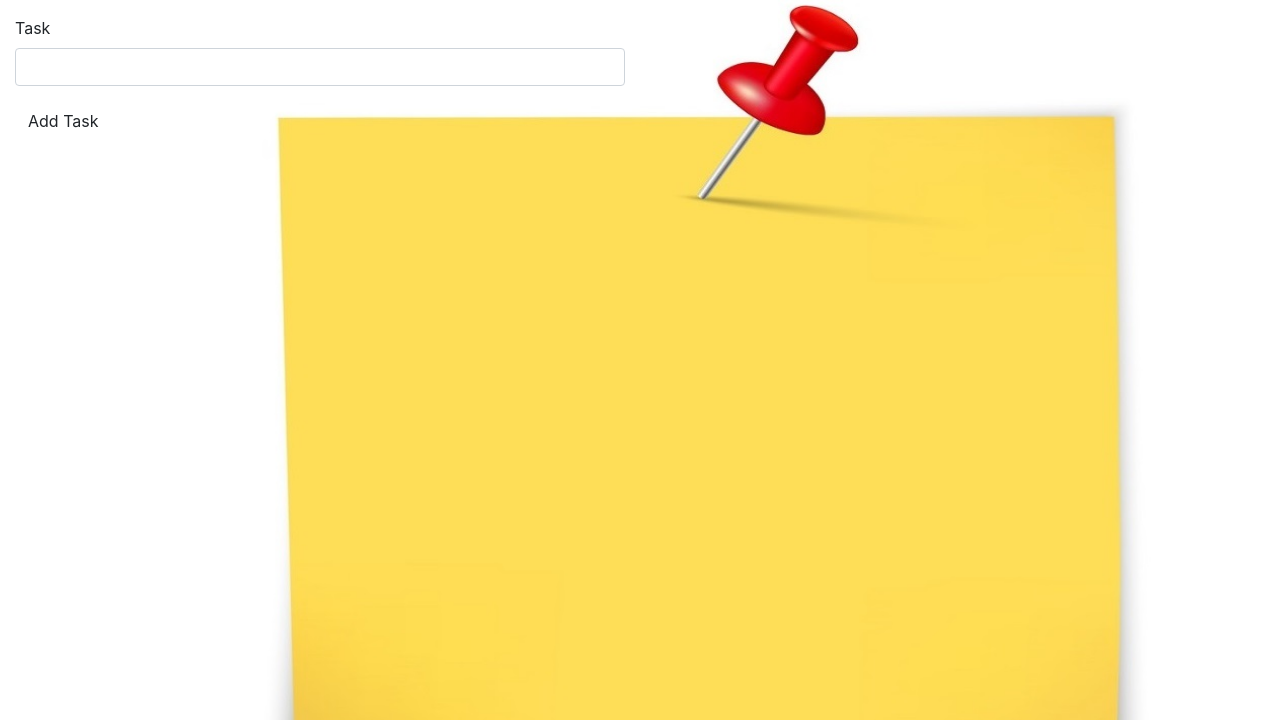
Repository: walaaElbasha/Todo-list-laravel
Page: http://localhost/tasks
An editor plug-in stored every save of this project. The page is shown before and after the next save, followed by the edit.
The browser window is 1280 px wide. The pictures show the whole page.
The page is served by the project's Laravel application, run on PHP 8.4 with Laravel 8. Other server files are loaded and not shown. Style sheets and scripts are compiled from the project's sources, by tool versions that may differ from the author's. Queries for data that is not in the repository find no rows.

Above is the page before, as saved 2021-07-01 03:20:48.

### routes/web.php
<?php

use Illuminate\Support\Facades\Route;
use App\Http\Controllers\TaskController;
/*
|--------------------------------------------------------------------------
| Web Routes
|--------------------------------------------------------------------------
|
| Here is where you can register web routes for your application. These
| routes are loaded by the RouteServiceProvider within a group which
| contains the "web" middleware group. Now create something great!
|
*/

Route::get('/', function () {
    return view('welcome');
});

Route::get('/tasks', [TaskController::class, 'index'])->name('tasks.index');
Route::post('/tasks', [TaskController::class, 'store'])->name('tasks.store');
Route::get('/tasks/{task}/edit', [TaskController::class, 'edit'])->name('tasks.edit');
Route::put('/tasks/{task}', [TaskController::class, 'update'])->name('tasks.update');
Route::delete('/tasks/{task}', [TaskController::class, 'destroy'])->name('tasks.destroy');

### app/Http/Controllers/TaskController.php
<?php

namespace App\Http\Controllers;
use Illuminate\Http\Request;
use App\Http\Requests\TaskRequest;
use App\Models\Task;


class TaskController extends Controller

{

    public function index()
    {
        $allTasks = Task::all();

        return view('tasks.index', [
            'allTasks' => $allTasks
        ]);
    }

    public function edit($taskId)
    {
        $task = Task::find($taskId);
        return view('tasks.edit', [
            'task' => $task,
        ]);
    }
    public function update($taskId, TaskRequest $request)
    {


        // $requestData = $request->all();

        // $task = Task::find($taskId);
        // $task->update($requestData);
        // $task->save();

        $requestData = $request->all();
        $task = Task::find($taskId);
        $task->update($requestData);
        $task->save();
        return redirect()->route('tasks.index')->with('success', "TODO updated successfully!");
    }

    public function destroy($taskId)
    {

        $task = Task::findorfail($taskId);

        $task->delete();
        return redirect()->route('tasks.index');
    }



    public function store(TaskRequest $request)
    {

        // $requestData = $request->all();
        // Task::create($requestData);

        $task = new Task;
        $task->name = $request->name;
        $task->save();
        return redirect()->route('tasks.index');
    }

}

### resources/views/tasks/index.blade.php
@extends('layouts.app')

@section('content')

<!-- Bootstrap Boilerplate... -->

<div class="panel-body">
    <!-- Display Validation Errors -->

    @foreach($allTasks as $task)
    <tr>
        <th scope="row">{{ $task->name}}</th>

        <td>

            <a href="{{ route('tasks.edit',['task' => $task['id']]) }}" class="btn btn-secondary" style="margin-bottom: 20px;">Edit</a>

            <form style="display:inline" method="POST" action="{{route('tasks.destroy',['task' => $task['id']])}}">
                @csrf
                @method('DELETE')
                <button onclick="return confirm('Are you sure?')" class="btn btn-danger" type="submit" style="margin-bottom: 20px;">Delete</button>
            </form>
        </td>
    </tr>
    <br>

    @endforeach
    <!-- New Task Form -->
    <form action="{{ route('tasks.store') }}" method="POST" class="form-horizontal">
        @csrf

        <!-- Task Name -->
        <div class="form-group">
            <label for="task" class="col-sm-3 control-label">Task</label>

            @if($errors->any())
            <div class="alert alert-danger">
                <ul>
                    @foreach ($errors->all() as $error)
                    <li>{{ $error }}</li>
                    @endforeach
                </ul>
            </div>
            @endif
            <div class="col-sm-6">
                <input type="text" name="name" id="name" class="form-control">
            </div>
        </div>

        <!-- Add Task Button -->
        <div class="form-group">
            <div class="col-sm-offset-3 col-sm-6">
                <button type="submit" class="btn btn-default">
                    <i class="fa fa-plus"></i> Add Task
                </button>
            </div>
        </div>
    </form>
</div>



<!-- TODO: Current Tasks -->
@endsection

### resources/views/layouts/app.blade.php
<!DOCTYPE html>
<html lang="en">

<head>
    <meta charset="utf-8">
    <meta name="viewport" content="width=device-width, initial-scale=1">

    <!-- CSRF Token -->
    <meta name="csrf-token" content="{{ csrf_token() }}">

    <title>{{ config('app.name', 'All Tasks') }}</title>

    <!-- Scripts -->
    <script src="{{ asset('js/app.js') }}" defer></script>

    <!-- Fonts -->
    <link rel="dns-prefetch" href="//fonts.gstatic.com">
    <link href="https://fonts.googleapis.com/css?family=Nunito" rel="stylesheet">

    <!-- Styles -->
    <link href="{{ asset('css/app.css') }}" rel="stylesheet">
    <link rel="stylesheet" href="https://cdn.jsdelivr.net/npm/bootstrap@4.6.0/dist/css/bootstrap.min.css" integrity="sha384-B0vP5xmATw1+K9KRQjQERJvTumQW0nPEzvF6L/Z6nronJ3oUOFUFpCjEUQouq2+l" crossorigin="anonymous">
    <link rel="stylesheet" href="path/to/font-awesome/css/font-awesome.min.css">
    <link rel="stylesheet" href="https://cdn.jsdelivr.net/npm/bootstrap-icons@1.5.0/font/bootstrap-icons.css">
</head>


<body style="background-image: url('sticky.jpg')  ; background-repeat: no-repeat;
  background-size: 1400px 950px;">
    <div class="container">
        <nav class="navbar navbar-default">
            <!-- Navbar Contents -->
        </nav>
    </div>

    @yield('content')

</body>

</html>

Loaded but not shown: app/Http/Controllers/Controller.php (common file); app/Models/Task.php (common file); resources/sass/app.scss (common file); resources/sass/_variables.scss (common file)

After the next save:
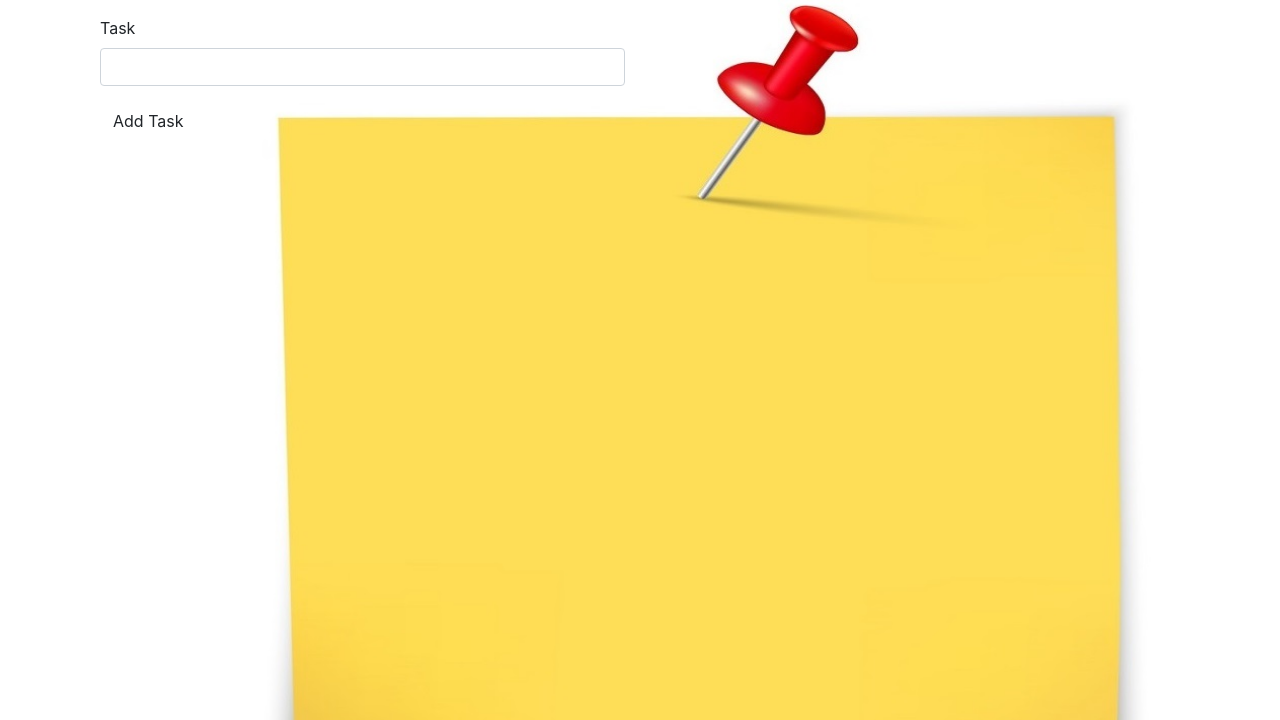
Saved 19 s later.
--- a/resources/views/tasks/index.blade.php
+++ b/resources/views/tasks/index.blade.php
@@ -4,7 +4,7 @@
 
 <!-- Bootstrap Boilerplate... -->
 
-<div class="panel-body">
+<div class="container">
     <!-- Display Validation Errors -->
 
     @foreach($allTasks as $task)
